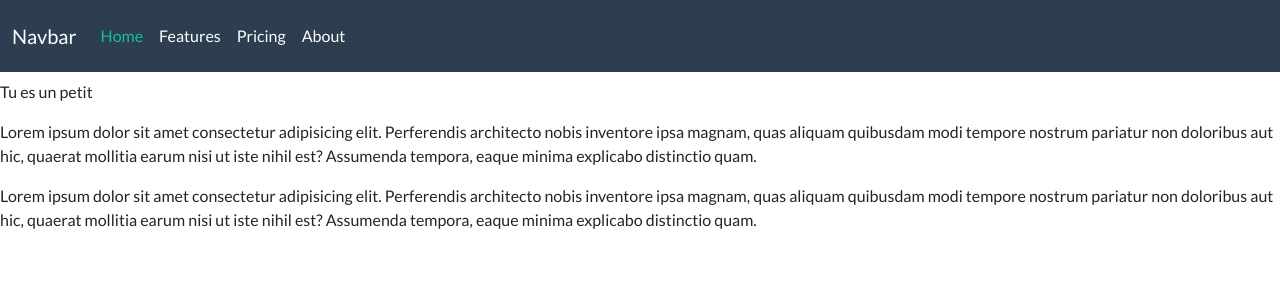
Repository: 2boubacar10/blog_lior_chamla
Page: templates/blog/home.html.twig
These files come from the project's save history. The page is drawn as it stood at one moment and after the next save; the edit follows.
The browser window is 1280 px wide. The pictures show the whole page.
The page is a Twig template of a Symfony application; nobody is signed in and links lead nowhere. The template is opened directly, without the code that normally fills it, so the values that code supplies are empty.

Above is the page before, as saved 2021-06-26 15:07:06.

### templates/blog/home.html.twig
{% extends 'base.html.twig' %}

{% block title %}Home!
{% endblock %}

{% block body %}

<h1>{{ title }}</h1>

{% if age > 18 %}
	<p>
		Tu es vieux maintenant</p>
{% else %}
	<p>
		Tu es un petit</p>
{% endif %}

<p>Lorem ipsum dolor sit amet consectetur adipisicing elit. Perferendis architecto nobis inventore ipsa magnam, quas aliquam quibusdam modi tempore nostrum pariatur non doloribus aut hic, quaerat mollitia earum nisi ut iste nihil est? Assumenda tempora, eaque minima explicabo distinctio quam.</p>


<p>Lorem ipsum dolor sit amet consectetur adipisicing elit. Perferendis architecto nobis inventore ipsa magnam, quas aliquam quibusdam modi tempore nostrum pariatur non doloribus aut hic, quaerat mollitia earum nisi ut iste nihil est? Assumenda tempora, eaque minima explicabo distinctio quam.</p>


{% endblock %}

### templates/base.html.twig
<!DOCTYPE html>
<html>
    <head>
        <meta charset="UTF-8">
        <title>{% block title %}Welcome!{% endblock %}</title>
        {# Run `composer require symfony/webpack-encore-bundle`
           and uncomment the following Encore helpers to start using Symfony UX #}
        {% block stylesheets %}
            {#{{ encore_entry_link_tags('app') }}#}
        <link href="{{ asset('css/bootstrap.min.css') }}" rel="stylesheet" type="text/css"/>


        {% endblock %}

        {% block javascripts %}
            {#{{ encore_entry_script_tags('app') }}#}
        {% endblock %}
    </head>
    <body>
        <nav class="navbar navbar-expand-lg navbar-dark bg-primary">
            <div class="container-fluid">
                <a class="navbar-brand" href="#">Navbar</a>
                <button class="navbar-toggler" type="button" data-bs-toggle="collapse" data-bs-target="#navbarColor01" aria-controls="navbarColor01" aria-expanded="false" aria-label="Toggle navigation">
                    <span class="navbar-toggler-icon"></span>
                </button>

                <div class="collapse navbar-collapse" id="navbarColor01">
                    <ul class="navbar-nav me-auto">
                        <li class="nav-item">
                            <a class="nav-link active" href="#">Home
                                <span class="visually-hidden">(current)</span>
                            </a>
                        </li>
                        <li class="nav-item">
                            <a class="nav-link" href="#">Features</a>
                        </li>
                        <li class="nav-item">
                            <a class="nav-link" href="#">Pricing</a>
                        </li>
                        <li class="nav-item">
                            <a class="nav-link" href="#">About</a>
                        </li>

                    </ul>
                </div>
            </div>
        </nav>

        {% block body %}{% endblock %}
    </body>
</html>

Loaded but not shown: public/css/bootstrap.min.css (library)

After the next save:
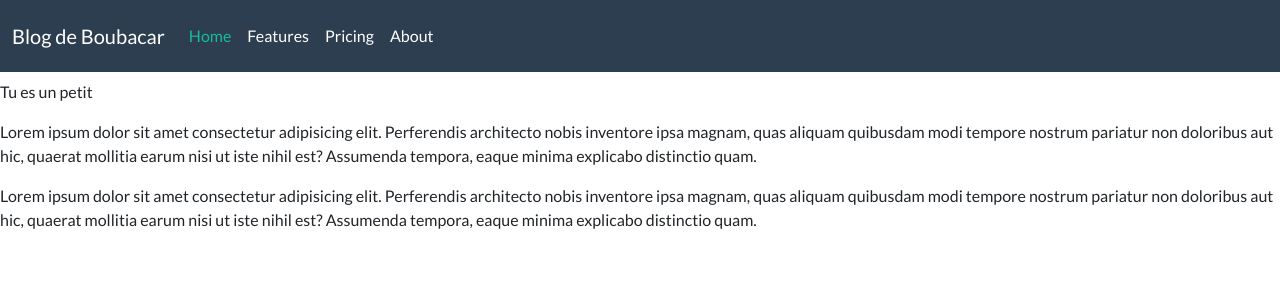
Saved 29 s later.
--- a/templates/base.html.twig
+++ b/templates/base.html.twig
@@ -19,7 +19,7 @@
     <body>
         <nav class="navbar navbar-expand-lg navbar-dark bg-primary">
             <div class="container-fluid">
-                <a class="navbar-brand" href="#">Navbar</a>
+                <a class="navbar-brand" href="#">Blog de Boubacar</a>
                 <button class="navbar-toggler" type="button" data-bs-toggle="collapse" data-bs-target="#navbarColor01" aria-controls="navbarColor01" aria-expanded="false" aria-label="Toggle navigation">
                     <span class="navbar-toggler-icon"></span>
                 </button>
